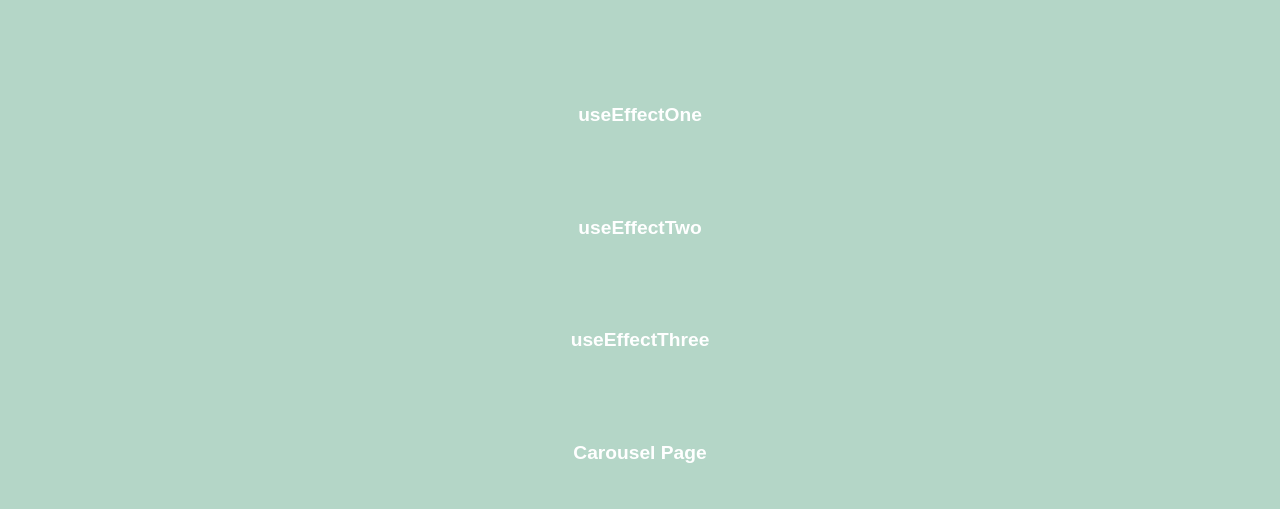
Repository: jennydmcm/useeffect-carousel
Page: /
These files come from the project's save history. The page is drawn as it stood at one moment and after a run of saves; the edit follows.
The browser window is 1280 px wide. The pictures show the whole page.
The project was rebuilt for these pictures with package versions that can differ from the ones it lists, and the page was loaded fresh each time. The framework's server and built-in components were replaced by stand-ins that run in the browser. Also part of the build but not shown: next.config.js.

Above is the page before, as saved 2023-02-23 18:40:08.

After the next 3 saves:
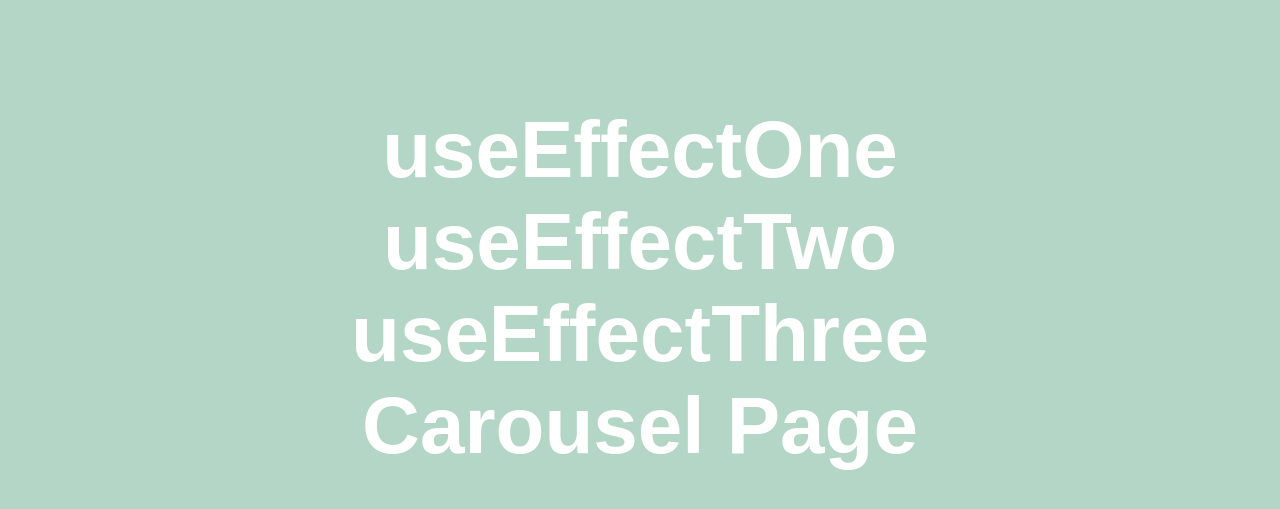
The 3 saves are shown as one change because they came seconds apart.
The last was saved 17 s later.
--- a/styles/Home.module.css
+++ b/styles/Home.module.css
@@ -9,8 +9,9 @@
 
 .link {
   font-family: Arial, Helvetica, sans-serif;
-  font-size: larger;
+  font-size: 5rem;
   font-weight: bolder;
   color: white;
   text-decoration: none;
+
 }
